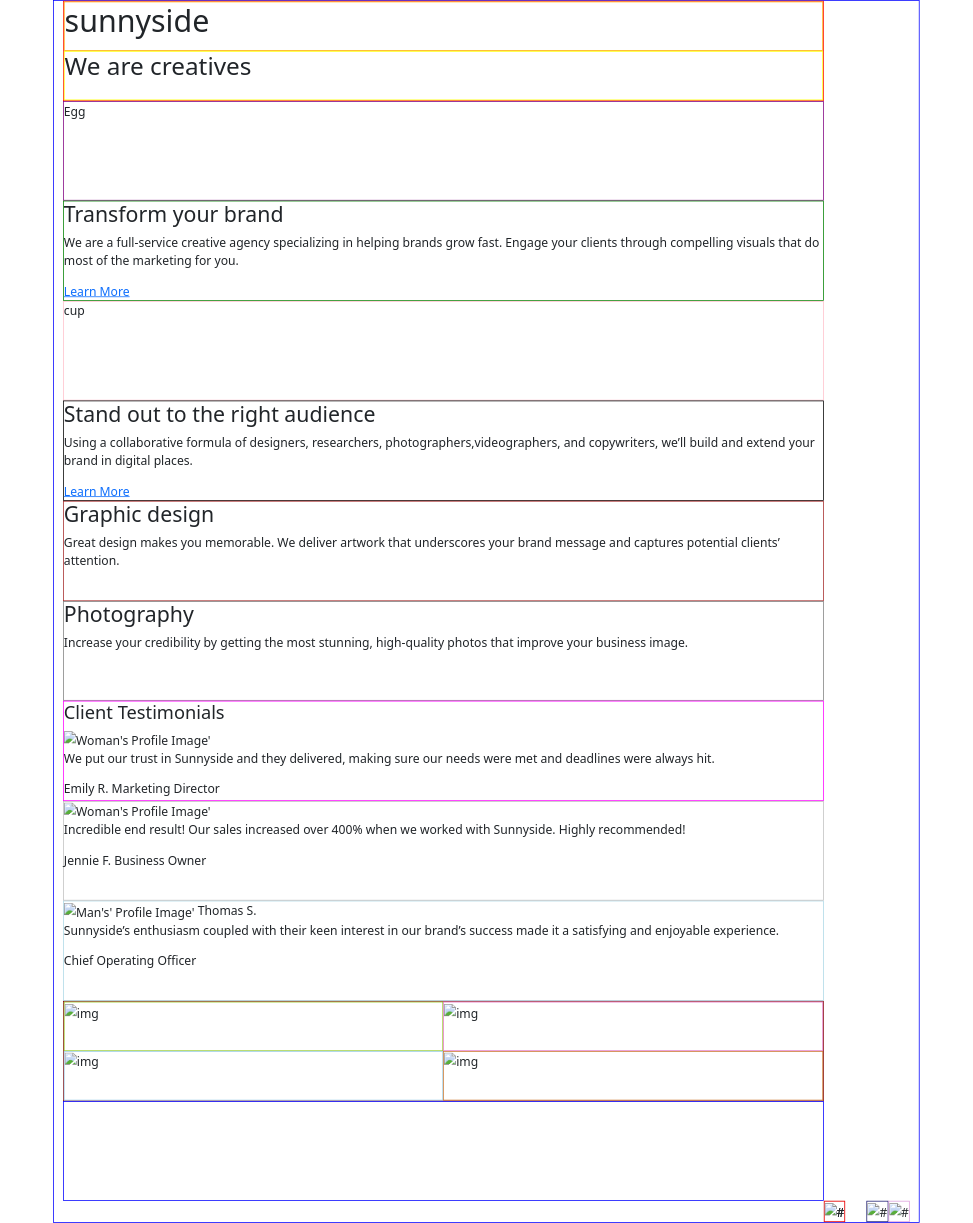
Repository: Roshanell/Sunny-Side-Agency
Page: index.html
An editor plug-in stored every save of this project. The page is shown before and after a run of saves, followed by the edit.
The browser window is 1280 px wide. The pictures show the whole page, at 76% of full size.

Above is the page before, as saved 2022-07-01 12:55:01.

### index.html
<!doctype html>
<html lang="en">

  <head>
    <meta charset="utf-8">
    <meta name="viewport" content="width=device-width, initial-scale=1">
    <title>Sunny Side Agency</title>
    <link href="https://cdn.jsdelivr.net/npm/bootstrap@5.2.0-beta1/dist/css/bootstrap.min.css" rel="stylesheet"
      integrity="sha384-0evHe/X+R7YkIZDRvuzKMRqM+OrBnVFBL6DOitfPri4tjfHxaWutUpFmBp4vmVor" crossorigin="anonymous">
    <link href="https://fonts.googleapis.com/icon?family=Material+Icons" rel="stylesheet">
    <link rel="stylesheet" href="css/style.css">
  </head>

  <body>
    <div class="container">
      <div class="homePage">
        <div class="header">
          <h1>sunnyside</h1>
        </div>
        <div class="homeContent">
          <h2>We are creatives</h2>
        </div>
      </div>

      <div class="eggArea">
        <p>Egg</p>
      </div>

      <div class="aboutUsInfo">
        <h3>
          Transform your brand
        </h3>
        <p>We are a full-service creative agency specializing in helping brands grow fast. Engage your clients through
          compelling visuals that do most of the marketing for you. </p>
        <span><a href="#">Learn More</a></span>
      </div>

      <div class="cupImage">
        <p>cup</p>
      </div>

      <div class="standOutInfo">
        <h3>Stand out to the right audience</h3>
        <p> Using a collaborative formula of designers, researchers,
          photographers,videographers, and copywriters, we’ll build and extend your brand in digital places. </p>

        <span><a href="#">Learn More</a></span>
      </div>
      <div class="graphicDesign">
        <h3> Graphic design</h3>
        <p>
          Great design makes you memorable. We deliver artwork that underscores your brand message and captures
          potential clients’ attention.
          <!-- background img with words overlay -->
        </p>
      </div>
      <div class="orangeImage">
        <h3>Photography</h3>
        <p> Increase your credibility by getting the most stunning, high-quality photos that improve your business
          image. </p>
        <!-- background img with words overlay -->
      </div>
      <div class="testimonialOne">
        <h4>Client Testimonials</h4>
        <img src="#" alt="Woman's Profile Image'">
        <p>We put our trust in Sunnyside and they delivered, making sure our needs were met and deadlines were always
          hit.</p>
        <span>Emily R.</span>
        <span>Marketing Director</span>
      </div>
      <div class="testimonialThree">
        <img src="#" alt="Man's' Profile Image'">
        <span>Thomas S.</span>
        <p>Sunnyside’s enthusiasm coupled with their keen interest in our brand’s success made it a satisfying and
          enjoyable experience.</p>
        <span>Chief Operating Officer</span>
      </div>
      <div class="testimonialTwo">
        <img src="#" alt="Woman's Profile Image'">
        <p>Incredible end result! Our sales increased over 400% when we worked with Sunnyside. Highly recommended!</p>
        <span>Jennie F.</span>
        <span>Business Owner</span>
      </div>
      <div class="fourImgs">
        <div class="imgOne">
          <img src="#" alt="img">
        </div>
        <div class="imgTwo">
          <img src="#" alt="img">
        </div>
        <div class="imgThree">
          <img src="#" alt="img">
        </div>
        <div class="imgFour">
          <img src="#" alt="img">
        </div>
      </div>

      <div class="footer">
        <!-- <h1>sunnyside</h1>
        <span>About</span>
        <span>ser</span>
        <span>About</span> -->
      </div>
      <div class="logo">
        <div class="fbIcon">
          <img src="#" alt="#">
        </div>
        <div class="igIcon">
          <img src="#" alt="#">
        </div>
        <div class="twitterIcon">
          <img src="#" alt="#">
        </div>
        <div class="pinterest">
          <img src="#" alt="#">
        </div>
      </div>
    </div>




    <!-- Home
Profile
About
Contacts
  -->




    <script src="https://cdn.jsdelivr.net/npm/bootstrap@5.2.0-beta1/dist/js/bootstrap.bundle.min.js"
      integrity="sha384-pprn3073KE6tl6bjs2QrFaJGz5/SUsLqktiwsUTF55Jfv3qYSDhgCecCxMW52nD2" crossorigin="anonymous"
      type="text/javascript" src="js/main.js">


      </script>

  </body>

</html>

### css/style.css
/* Box Model Hack */
* {
  -moz-box-sizing: border-box;
}

/* Clear fix hack */
.clearfix:after {
  content: ".";
  display: block;
  clear: both;
  visibility: hidden;
  line-height: 0;
  height: 0;
}

.clear {
  clear: both;
}

/******************************************
/* BASE STYLES
/*******************************************/

body {
}

/******************************************
/* LAYOUT
/*******************************************/
.container {
  border: solid 1px blue;
  display: grid;
  grid-template-columns: 1fr;
  grid-template-rows: 1fr 1fr 1fr 1fr 1fr 1fr 1fr 1fr 1fr 1fr 1fr 1fr;
  gap: 0px 0px;
  grid-auto-flow: column dense;
  grid-template-areas:
    "homePage"
    "eggArea"
    "aboutUsInfo"
    "cupImage"
    "standOutInfo"
    "graphicDesign"
    "orangeImage"
    "testimonialOne"
    "testimonialTwo"
    "testimonialThree"
    "fourImgs"
    "footer";
}

.homePage {
  border: solid 1px red;
  display: grid;
  grid-template-columns: 1fr;
  grid-template-rows: 1fr 1fr;
  gap: 0px 0px;
  grid-auto-flow: row;
  grid-template-areas:
    "header"
    "homeContent";
  grid-area: homePage;
}

.header {
  border: solid 1px orange;
  grid-area: header;
}

.homeContent {
  border: solid 1px yellow;
  grid-area: homeContent;
}

.eggArea {
  border: solid 1px purple;
  grid-area: eggArea;
}

.aboutUsInfo {
  border: solid 1px green;
  grid-area: aboutUsInfo;
}

.cupImage {
  border: solid 1px pink;
  grid-area: cupImage;
}

.standOutInfo {
  border: solid 1px black;
  grid-area: standOutInfo;
}

.graphicDesign {
  border: solid 1px brown;
  grid-area: graphicDesign;
}

.orangeImage {
  border: solid 1px gray;
  grid-area: orangeImage;
}

.testimonialOne {
  border: solid 1px fuchsia;
  grid-area: testimonialOne;
}

.testimonialThree {
  border: solid 1px lightblue;
  grid-area: testimonialThree;
}

.testimonialTwo {
  border: solid 1px silver;
  grid-area: testimonialTwo;
}

.fourImgs {
  border: solid 1px maroon;
  display: grid;
  grid-template-columns: 1fr 1fr;
  grid-template-rows: 1fr 1fr;
  gap: 0px 0px;
  grid-template-areas:
    "imgOne imgThree"
    "imgTwo imgFour";
  grid-area: fourImgs;
}

.imgOne {
  border: solid 1px yellowgreen;
}
.imgTwo {
  border: solid 1px rgb(228, 122, 199);
}
.imgThree {
  border: solid 1px rgb(158, 207, 232);
}
.imgFour {
  border: solid 1px rgb(205, 122, 50);
}




.footer {
  border: solid 1px blue;
  display: grid;
  grid-auto-flow: column dense;
  grid-template-columns: 1fr 1fr 1fr;
  grid-template-rows: 1fr 1fr 1fr;
  gap: 0px 0px;
  grid-template-areas:
    ". logoName ."
    "about services projects"
    ". logo .";
  grid-area: footer;
}
.logoName {
  grid-area: logoName;
}
.about {
  grid-area: about;
}
.services {
  display: grid;
  grid-template-columns: 1fr 1fr 1fr;
  grid-template-rows: 1fr 1fr 1fr;
  gap: 0px 0px;
  grid-area: services;
}
.projects {
  grid-area: projects;
}
.logo {
  display: grid;
  grid-template-columns: 1fr 1fr 1fr 1fr;
  grid-template-rows: 1fr;
  gap: 0px 0px;
  grid-template-areas: "fbIcon igIcon twitterIcon pinterest";
  grid-area: logo;
}

.fbIcon {
  border: solid 1px silver;
  grid-area: fbIcon;
}
.igIcon {
  border: solid 1px red;
  grid-area: fbIcon;
}
.twitterIcon {
  border: solid 1px midnightblue;
  grid-area: twitterIcon;
}
.pinterest {
  border: solid 1px plum;
  grid-area: pinterest;
}

/******************************************
/* ADDITIONAL STYLES
/*******************************************/

After the next 4 saves:
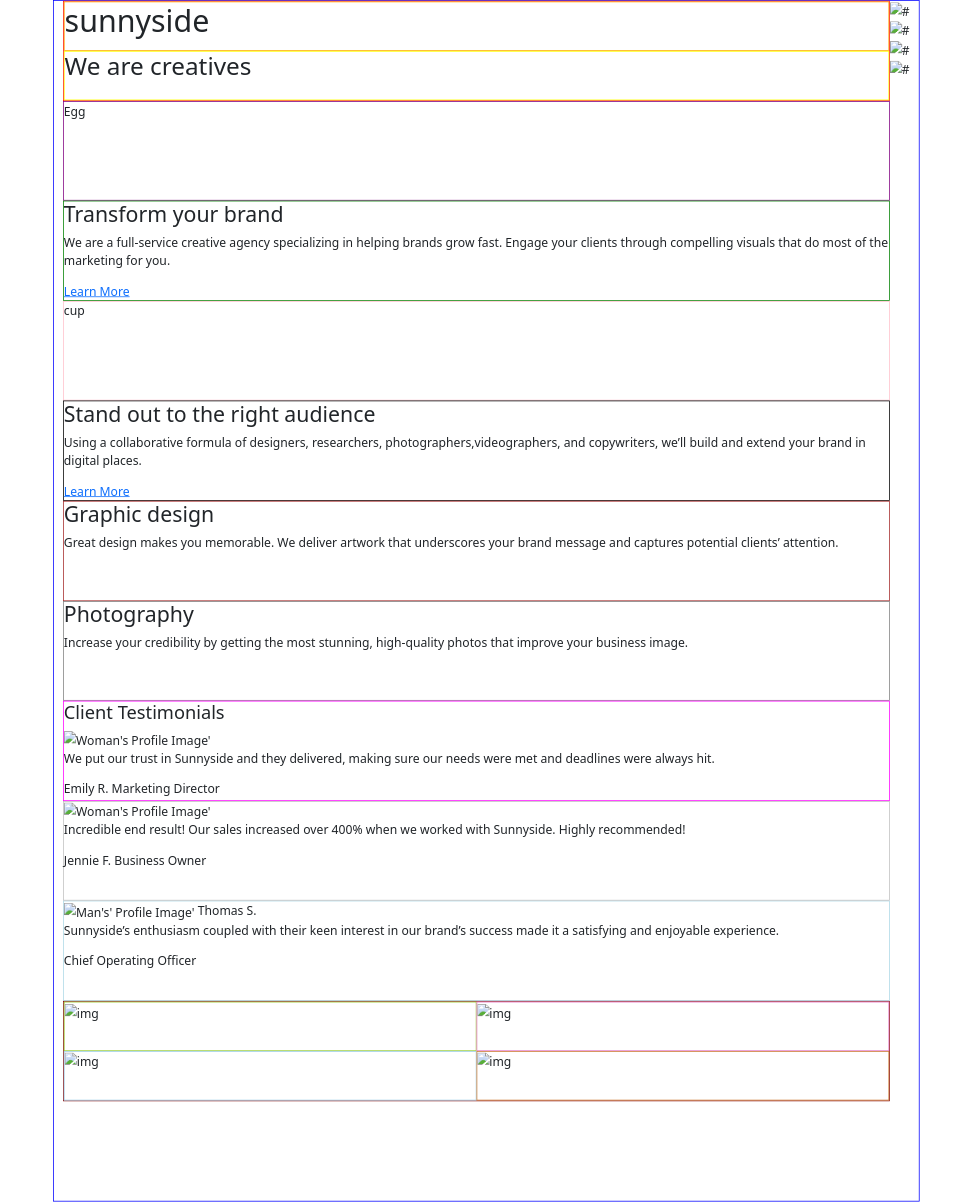
The 4 saves are shown as one change because they came seconds apart.
The last was saved 11 s later.
--- a/css/style.css
+++ b/css/style.css
@@ -142,7 +142,7 @@ body {
   border: solid 1px rgb(205, 122, 50);
 }
 
-
+/* Fix the footer
 
 
 .footer {
